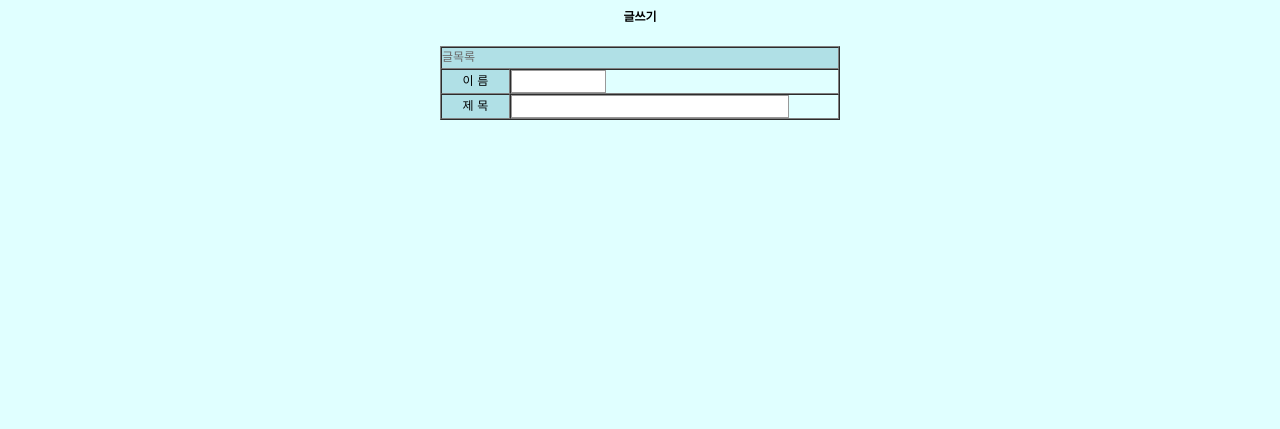
Repository: jjanggu1990/kh_java
Page: http://localhost/board_Project/boad/writeForm.jsp
An editor plug-in stored every save of this project. The page is shown before and after a run of saves, followed by the edit.
The browser window is 1280 px wide. The pictures show the whole page.
The page is served by Tomcat 9. Other server files are loaded and not shown.

Above is the page before, as saved 2016-03-28 08:11:11.

### workspace/board_Project/WebContent/boad/writeForm.jsp
<%@ page contentType="text/html; charset=UTF-8"%>
<%@ include file= "color.jsp" %>
<!DOCTYPE html>
<html>
<head>
<title> 게시판 </title>
<link href="style.css" rel="stylesheet" type= "text/css">
<script src="script.js"></script>
</head>
<%
	int num = 0, ref = 1, re_step = 0, re_level = 0;
	try {
		if (request.getParameter("num") != null) {
			num = Integer.parseInt(request.getParameter("num"));
			ref = Integer.parseInt(request.getParameter("ref"));
			re_step = Integer.parseInt(request.getParameter("re_step"));
			re_level = Integer.parseInt(request.getParameter("re_level"));
		}
%>
<body bgcolor="<%=bodyback_c%>">
<center><b>글쓰기</b></center>
<br>
<form method="post" name = "writeform" action="writePro.jsp" onsubmit="return writeSave()">
<input type="hidden" name="num" value="<%=num %>">
<input type="hidden" name="ref" value="<%=ref %>">
<input type="hidden" name="re_step" value="<%=re_step %>">
<input type="hidden" name="re_level" value="<%=re_level %>">

<table width="400" border = "1" cellspacing="0" cellpadding="0" bgcolor="<%=bodyback_c %>" align="center">
	<tr>
		<td align="rigth" colspan="2" bgcolor="<%=value_c %>">
		<a href="list.jsp"> 글목록</a>
		</td>
	</tr>
	<tr>
		<td width="70" bgcolor="<%=value_c %>" align="center"> 이  름</td>
		<td width="330">
			<input type="text" size="10" maxlength ="10" name="writer">
		</td>
	</tr>
	<tr>
		<td width="70" bgcolor="<%=value_c %>" align="center"> 제   목
		</td>
		<td width="330">
		<% if(request.getParameter("num")==null){ %>
		<input type="text" size="40" maxlength="50" name = "subject">
		</td>
		<%}else{ %>
		<input type = "text" size="40" maxlength = "50" name = "subject" value="[답변]">
		</td>
		<%} %>
	</tr>


</table>

<%
  }catch(Exception e){}
%>
</form>
</body>
</html>

### workspace/board_Project/WebContent/boad/color.jsp
<%
String bodyback_c="#e0ffff";
String back_c="#8fbc8f";
String title_c="#5f9ea0";
String value_c="#b0e0e6";
String bar="#778899";
%>

### workspace/board_Project/WebContent/boad/style.css
BODY {
	FONT-SIZE: 9pt;
	COLOR: black;
	LINE-HEIGHT: 160%;
	FONT-FAMILY: 굴림, verdana, tahoma
}

TD {
	FONT-SIZE: 9pt;
	COLOR: black;
	LINE-HEIGHT: 160%;
	FONT-FAMILY: 굴림, verdana, tahoma
}

SELECT {
	FONT-SIZE: 9pt;
	COLOR: black;
	LINE-HEIGHT: 160%;
	FONT-FAMILY: 굴림, verdana, tahoma
}

DIV {
	FONT-SIZE: 9pt;
	COLOR: black;
	LINE-HEIGHT: 160%;
	FONT-FAMILY: 굴림, verdana, tahoma
}

FORM {
	FONT-SIZE: 9pt;
	COLOR: black;
	LINE-HEIGHT: 160%;
	FONT-FAMILY: 굴림, verdana, tahoma
}

TEXTAREA {
	BORDER-RIGHT: 1px solid #999999;
	BORDER-TOP: 1px solid #999999;
	FONT-SIZE: 9pt;
	BORDER-LEFT: 1px solid #999999;
	COLOR: BLACK;
	BORDER-BOTTOM: 1px solid #999999;
	FONT-FAMILY: 굴림, verdana;
	BACKGROUND-COLOR: white
}

INPUT {
	BORDER-RIGHT: 1px solid #999999;
	BORDER-TOP: 1px solid #999999;
	FONT-SIZE: 9pt;
	BORDER-LEFT: 1px solid #999999;
	COLOR: BLACK;
	BORDER-BOTTOM: 1px solid #999999;
	FONT-FAMILY: 굴림, verdana;
	HEIGHT: 19px;
	BACKGROUND-COLOR: white
}

A:link {
	text-decoration: none;
	color: #696969
}

A:hover {
	text-decoration: yes;
	color: #66CCFF
}

A:visited {
	text-decoration: none;
	color: #330066
}

### workspace/board_Project/WebContent/boad/script.js
function writeSave() {
	if (document.writeform.writer.value == "") {
		alert("작성자를 입력하십시요.");
		document.writeform.writer.focus();
		return false;
	}
	if (document.writeform.subject.value == "") {
		alert("제목을 입력하십시요.");
		document.writeform.subject.focus();
		return false;
	}

	if (document.writeform.content.value == "") {
		alert("내용을 입력하십시요.");
		document.writeform.content.focus();
		return false;
	}

	if (document.writeform.passwd.value == "") {
		alert(" 비밀번호를 입력하십시요.");
		document.writeform.passwd.focus();
		return false;
	}
}

After the next 2 saves:
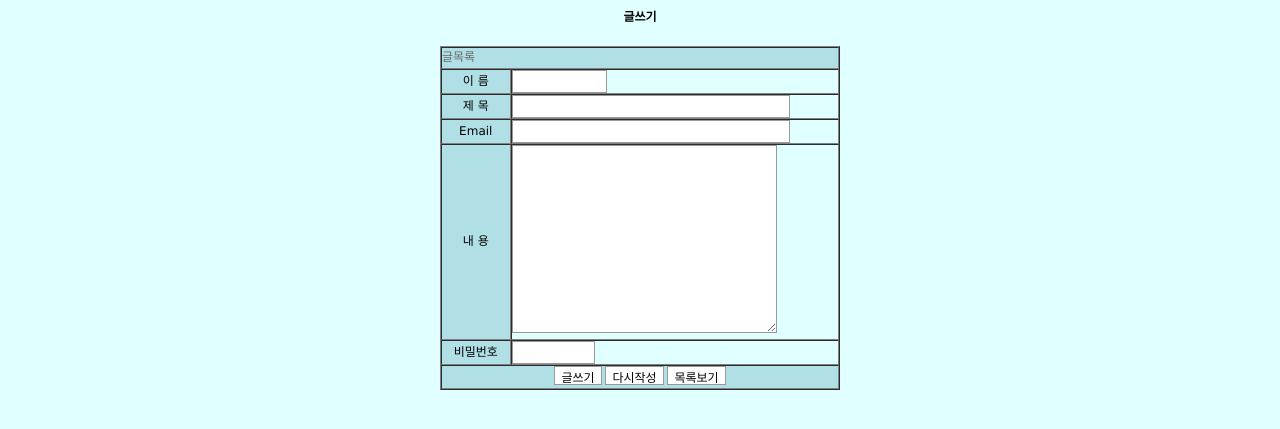
The 2 saves are shown as one change because they came seconds apart.
The last was saved 106 s later.
--- a/workspace/board_Project/WebContent/boad/writeForm.jsp
+++ b/workspace/board_Project/WebContent/boad/writeForm.jsp
@@ -50,9 +50,29 @@
 		</td>
 		<%} %>
 	</tr>
-
-
-</table>
+	<tr>
+		<td width = "70" bgcolor = "<%=value_c %>" align="center">Email
+		</td>
+		<td width="330">
+			<input type="text" size="40" maxlength="30" name= "emeil">
+		</td>
+	</tr>
+	<td  width="70"  bgcolor="<%=value_c%>" align="center" >내 용</td>
+    <td  width="330" >
+     <textarea name="content" rows="13" cols="40"></textarea> </td>
+  </tr>
+  <tr>
+    <td  width="70"  bgcolor="<%=value_c%>" align="center" >비밀번호</td>
+    <td  width="330" >
+     <input type="password" size="8" maxlength="12" name="passwd">
+</td>
+  </tr>
+<tr>
+<td colspan=2 bgcolor="<%=value_c%>" align="center">
+  <input type="submit" value="글쓰기" >
+  <input type="reset" value="다시작성">
+  <input type="button" value="목록보기" OnClick="window.location='list.jsp'">
+</td></tr></table>
 
 <%
   }catch(Exception e){}
